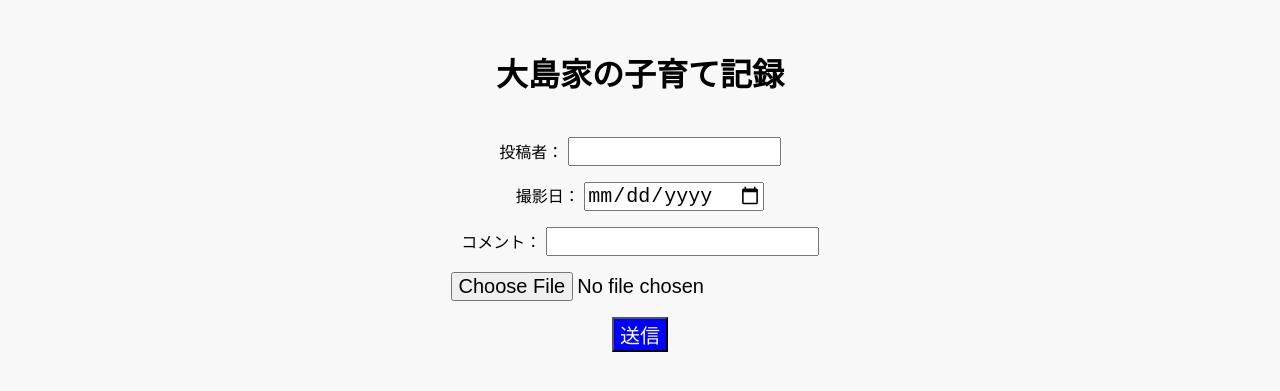
Repository: daidai0602/gs_kadai_questionnaire
Page: http://localhost/post.php
The author's editor kept a copy of each file at every save. The page is drawn from the files as they stood at one save, then again after the next save.
The browser window is 1280 px wide. The pictures show the whole page.
The page is run by PHP 8.4 with error messages shown; the project is at /var/www/html/.

Above is the page before, as saved 2023-11-15 22:43:54.

After the next save:
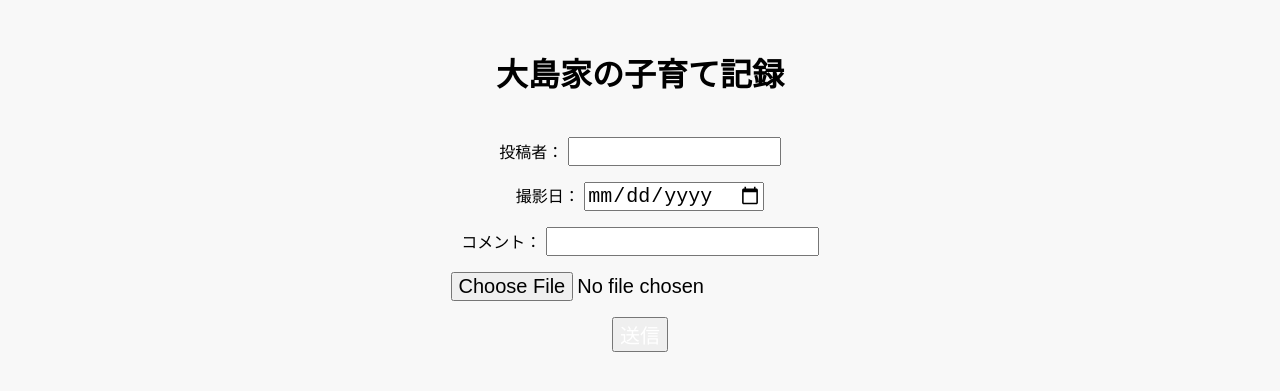
Saved 9 s later.
--- a/post.php
+++ b/post.php
@@ -18,7 +18,7 @@
       font-size: 20px;
     }
     input[type=submit]{
-      background-color: blue;
+      background-color: ;
       color: white;
     }
 
